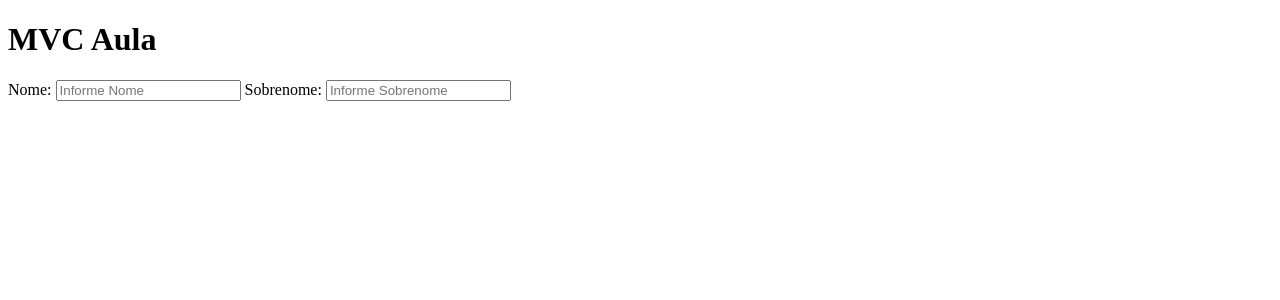
Repository: SrLucasGaldinor/Aulas-MVC-Spring
Page: http://localhost/Aula/
These files come from the project's save history. The page is drawn as it stood at one moment and after the next save; the edit follows.
The browser window is 1280 px wide. The pictures show the whole page.
The page is served by Tomcat 9. Other server files are loaded and not shown.

Above is the page before, as saved 2023-12-12 12:37:30.

### MVC/Aula/src/main/webapp/index.jsp
<%@ page language="java" contentType="text/html; charset=ISO-8859-1"
	pageEncoding="ISO-8859-1"%>
<!DOCTYPE html>
<html>
<head>
<meta charset="ISO-8859-1">
<title>Aula</title>
</head>
<body>
	<h1>MVC Aula</h1>
	<label>Nome: </label><input placeholder="Informe Nome">
	<label>Sobrenome: </label><input placeholder="Informe Sobrenome">
</body>
</html>

After the next save:
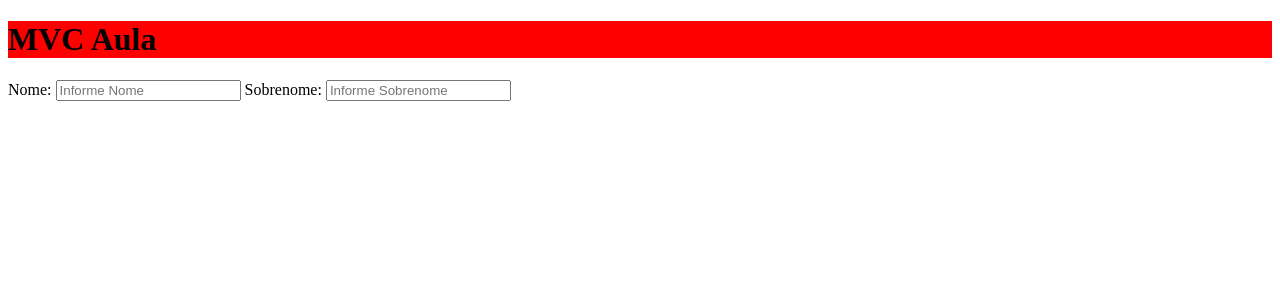
Saved 98 s later.
--- a/MVC/Aula/src/main/webapp/index.jsp
+++ b/MVC/Aula/src/main/webapp/index.jsp
@@ -5,10 +5,17 @@
 <head>
 <meta charset="ISO-8859-1">
 <title>Aula</title>
+<style>
+	.cor {
+	background: red;
+	}
+</style>
+
 </head>
 <body>
-	<h1>MVC Aula</h1>
+	<h1 class="cor">MVC Aula</h1>
 	<label>Nome: </label><input placeholder="Informe Nome">
 	<label>Sobrenome: </label><input placeholder="Informe Sobrenome">
+	<%  %>
 </body>
 </html>
